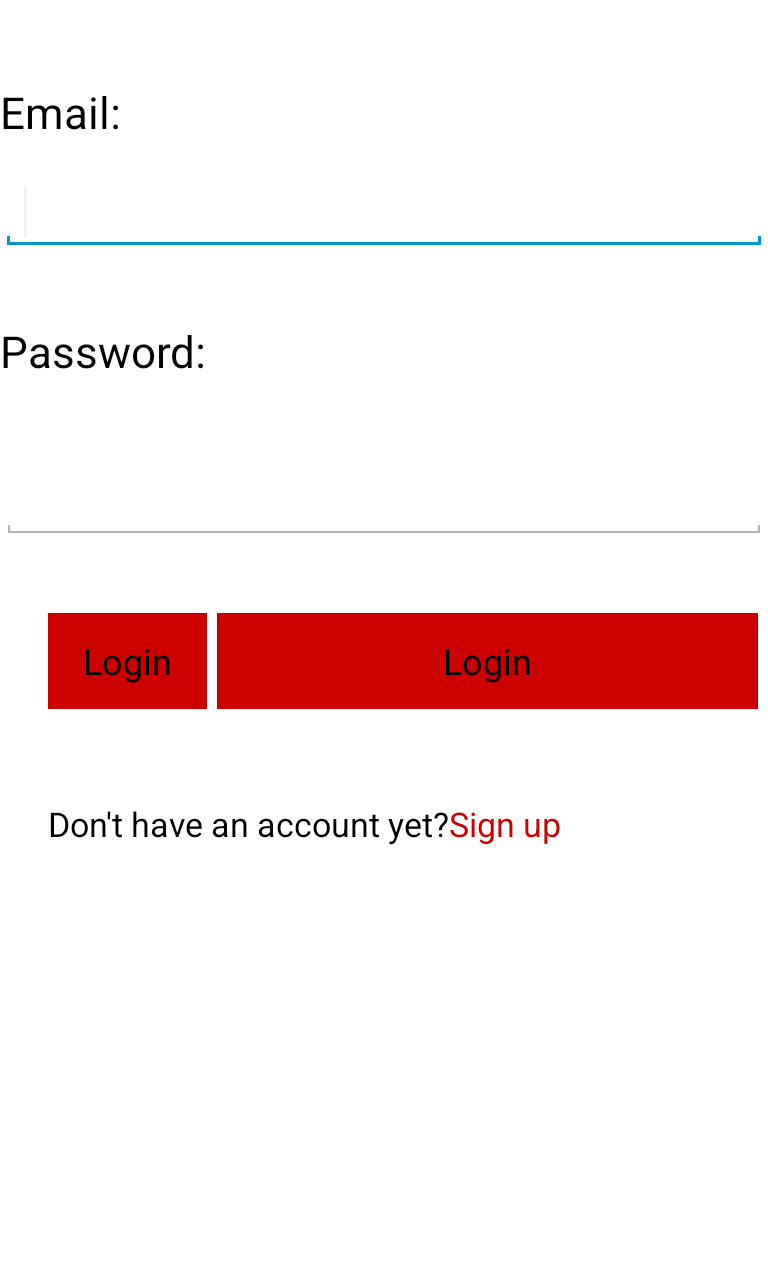
Repository: erwasambo/greendevelopment
Layout: GreenDevelopment/NASCuisine/res/layout/login.xml
The author's editor kept a copy of each file at every save. The layout is drawn from the files as they stood at one save, then again after the next save.
It is drawn on a 768 x 1280 px phone screen (xhdpi) without system bars, with theme AppTheme; the app's code is not run.

Above is the layout before, as saved 2013-12-03 02:04:04.

After the next save:
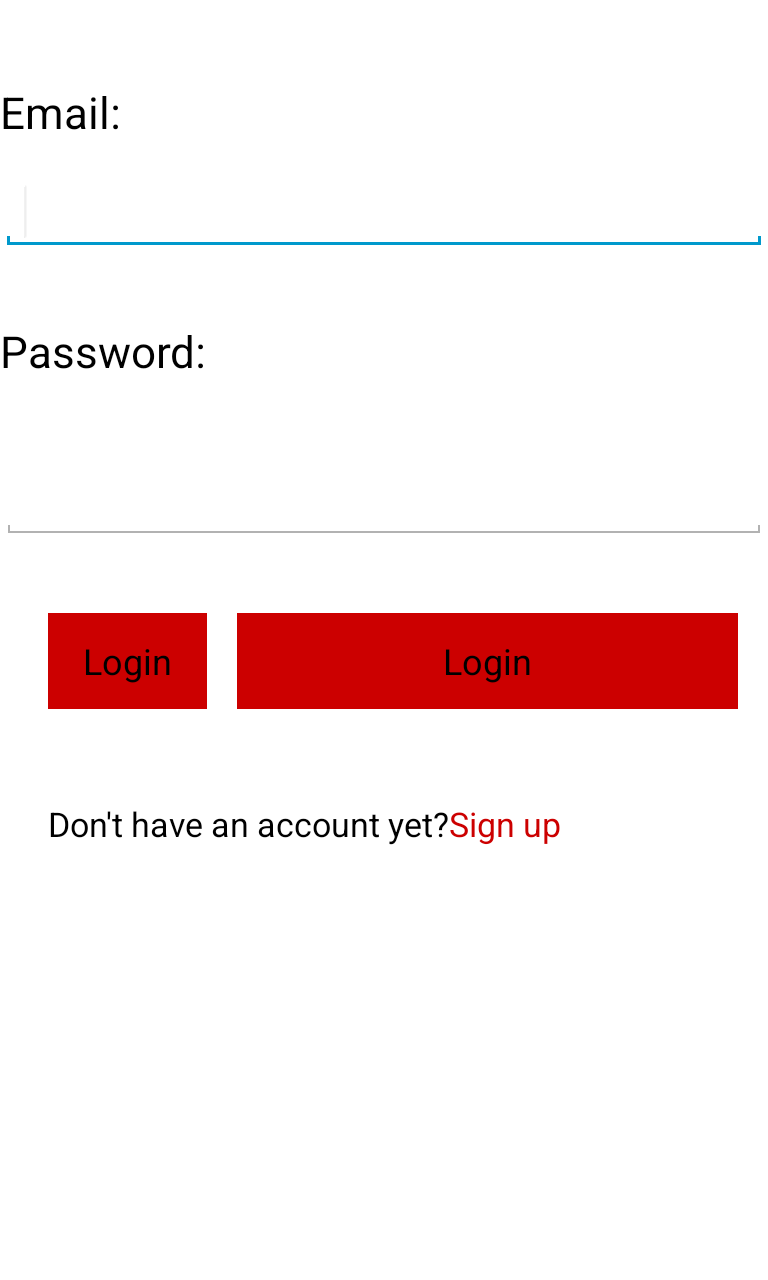
Saved 34 s later.
--- a/GreenDevelopment/NASCuisine/res/layout/login.xml
+++ b/GreenDevelopment/NASCuisine/res/layout/login.xml
@@ -89,8 +89,8 @@
         android:layout_alignBottom="@+id/btnLogin"
         android:layout_toRightOf="@+id/btnLogin"
         android:background="@color/purple"
-        android:layout_marginLeft="5dp"
-        android:layout_marginRight="5dp"
+        android:layout_marginLeft="15dp"
+        android:layout_marginRight="15dp"
         android:text="@string/login" />
 
 </RelativeLayout>
